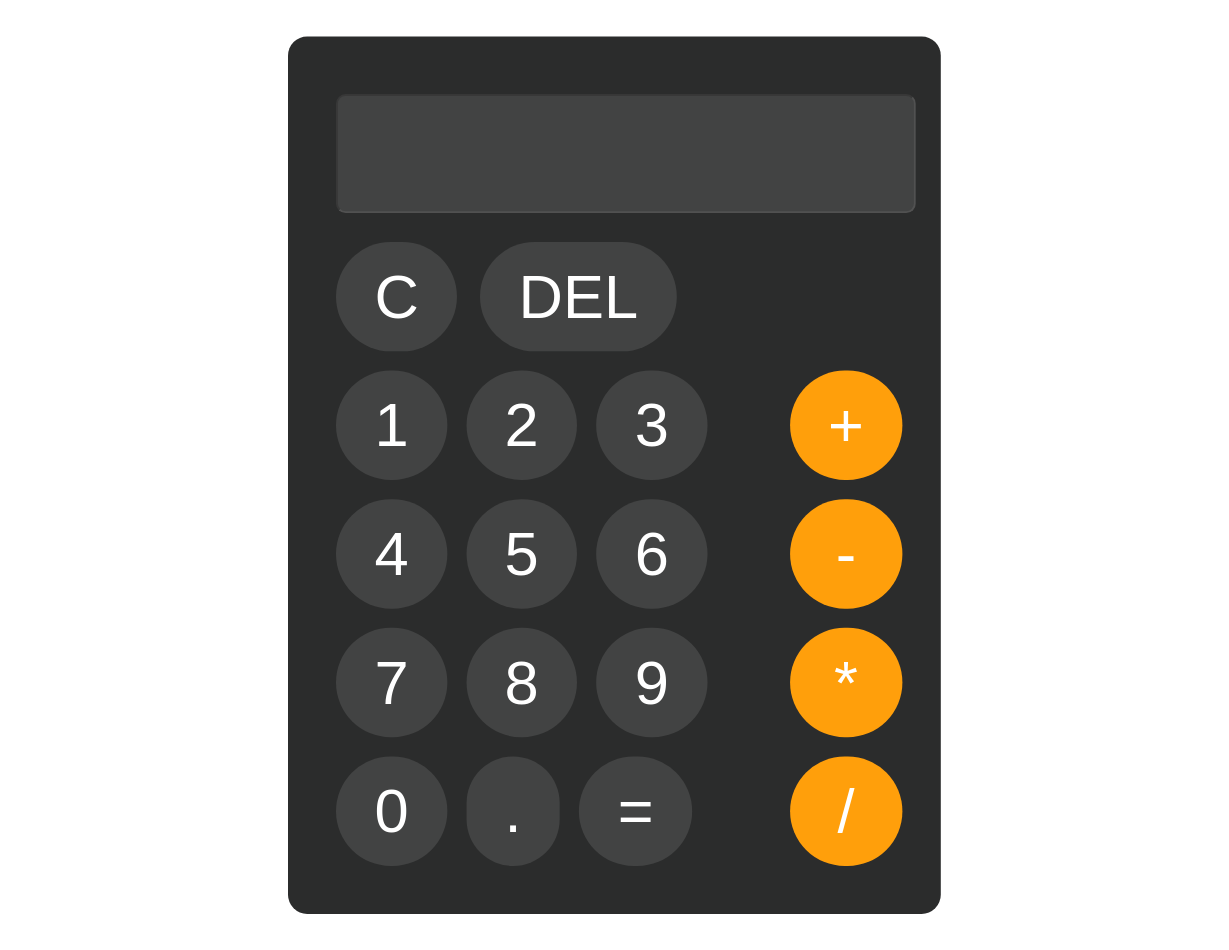
Repository: jaskeat/Calculator
Page: index.html
An editor plug-in stored every save of this project. The page is shown before and after the next save, followed by the edit.
The browser window is 1280 px wide. The pictures show the whole page, at 96% of full size.

Above is the page before, as saved 2024-09-14 14:46:30.

After the next save:
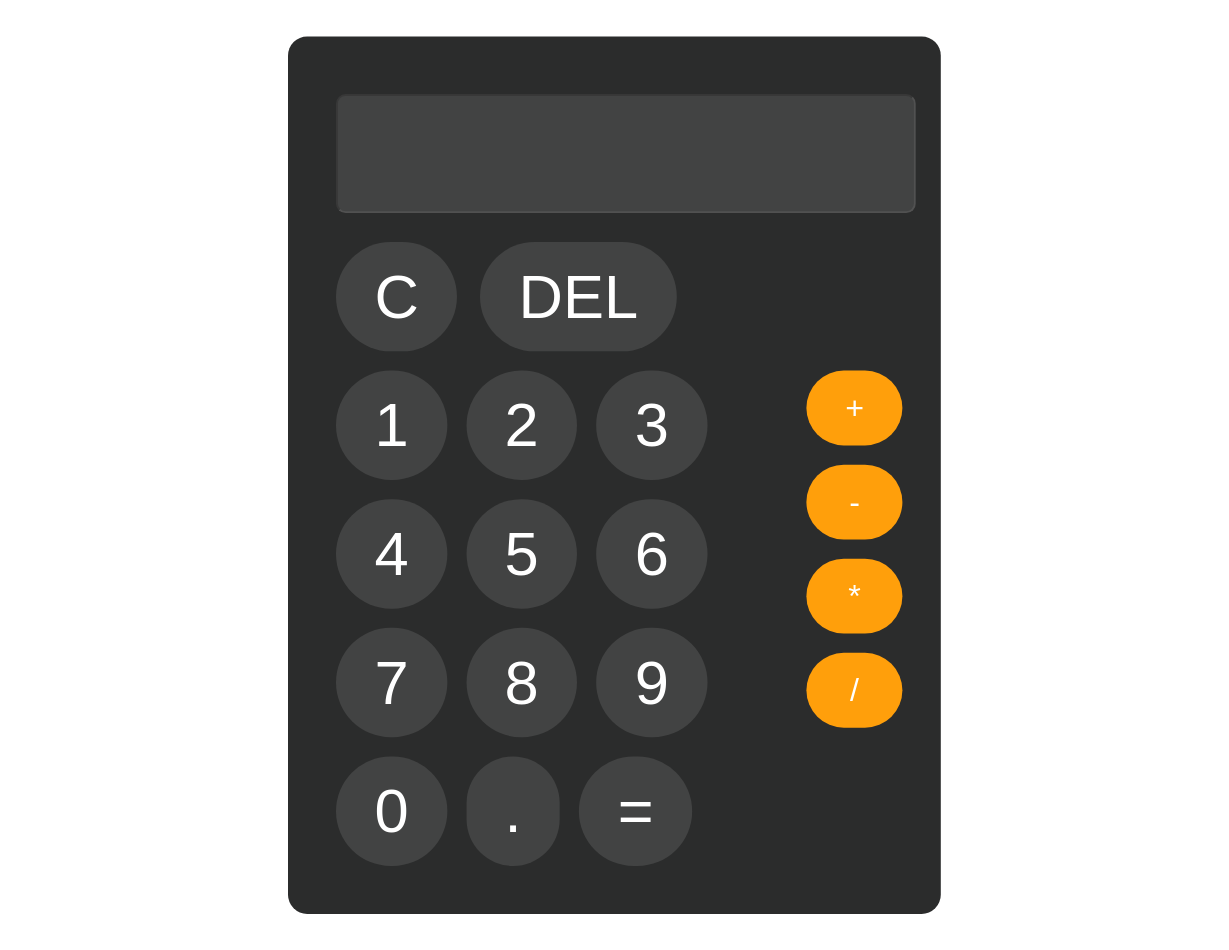
Saved 3 min 2 s later.
--- a/style.css
+++ b/style.css
@@ -81,3 +81,11 @@ input {
 .btn.highlighted {
 	background-color: #0080ff; /* Replace with your highlight color */
 }
+
+/* Modifications */
+button,
+input,
+.operators button,
+.buttons {
+	font-size: 2.1rem;
+}

After the save that followed:
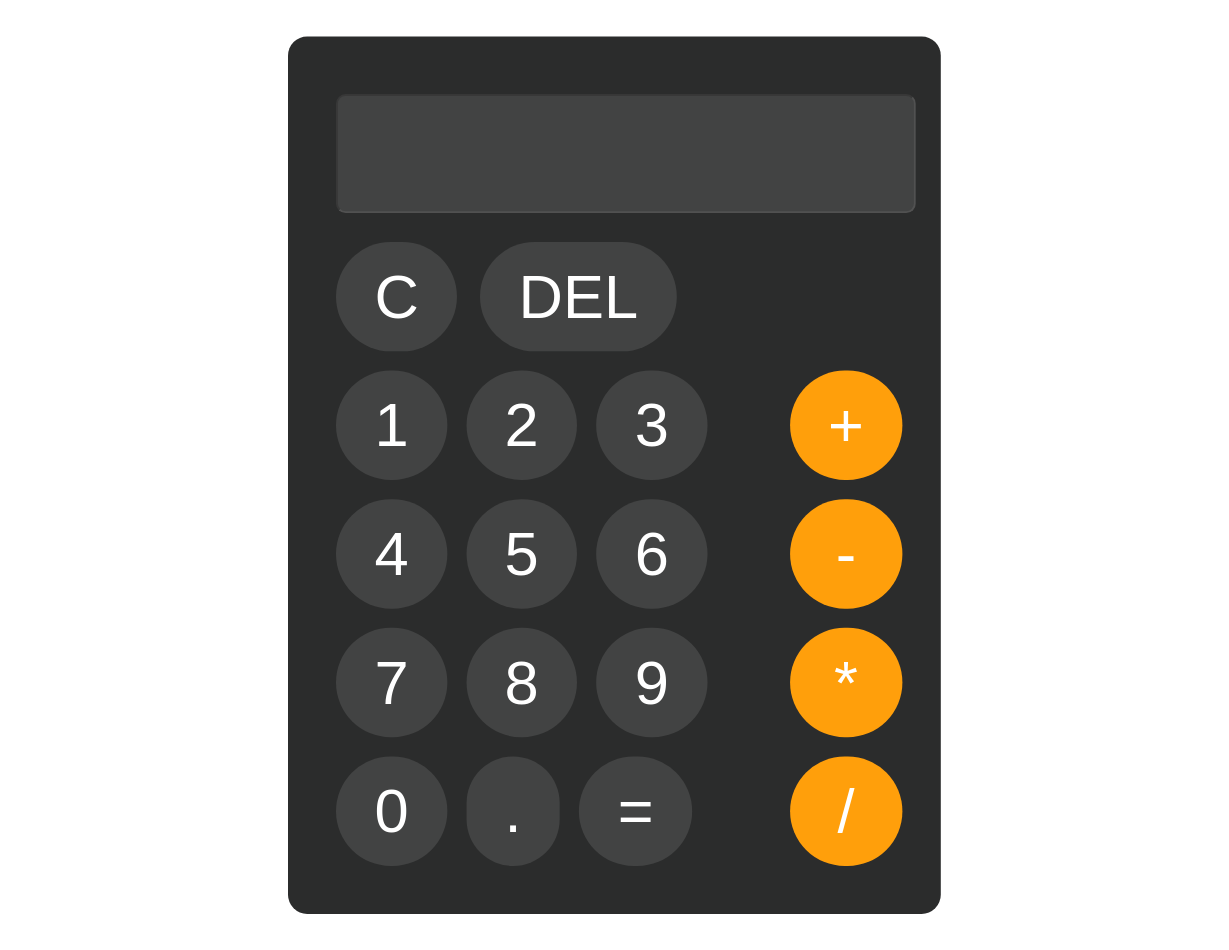
Saved 14 s later.
--- a/style.css
+++ b/style.css
@@ -81,11 +81,3 @@ input {
 .btn.highlighted {
 	background-color: #0080ff; /* Replace with your highlight color */
 }
-
-/* Modifications */
-button,
-input,
-.operators button,
-.buttons {
-	font-size: 2.1rem;
-}
